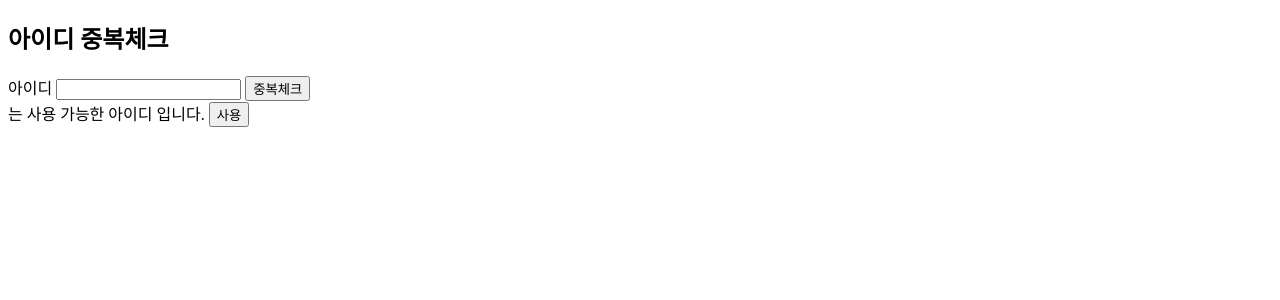
Repository: totesbk/JSP-
Page: http://localhost/web09/idCheck.do
These files come from the project's save history. The page is drawn as it stood at one moment and after the next save; the edit follows.
The browser window is 1280 px wide. The pictures show the whole page.
The page is served by Tomcat 9. Queries for data that is not in the repository find no rows.

Above is the page before, as saved 2020-10-14 02:19:09.

After the next save:
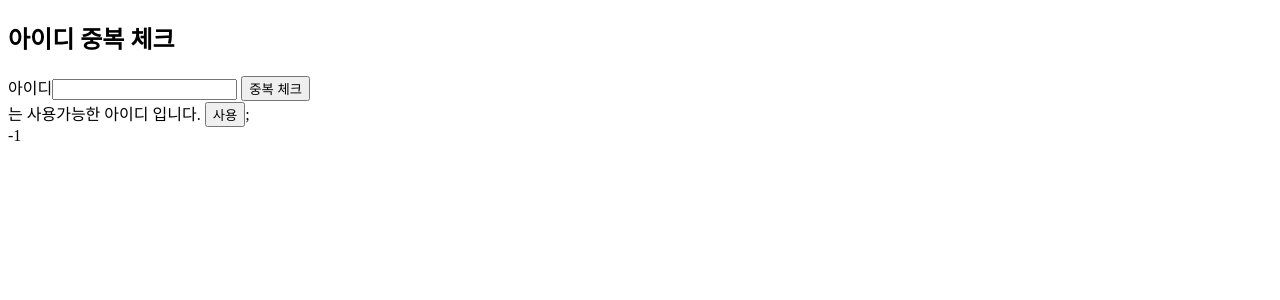
Saved 26 min 51 s later.
--- a/web09/WebContent/member/idcheck.jsp
+++ b/web09/WebContent/member/idcheck.jsp
@@ -5,24 +5,25 @@
 <html>
 <head>
 <meta charset="UTF-8">
-<title>아이디 중복체크</title>
-<script type="text/javascript" src="script/member.js"></script>
+<title>아이디 중복 체크</title>
 </head>
 <body>
-<h2>아이디 중복체크</h2>
-<form action="idCheck.do" method="get" name="frm">
-   아이디 <input type="text" name="userid" value="${userid }">
-   <input type ="submit" value="중복체크"><br>
-   <c:if test="${result==1}"><!-- 중복된 아이디가 있다. -->
-      <script type="text/javascript">
-         opener.document.frm.userid.value=""; //해당 내용 비우기
-      </script>
-      ${userid}는 이미 사용중인 아이디 입니다..
-   </c:if>
-   <c:if test="${result==-1}"><!-- 중복된 아이디가 없다. -->
-      ${userid}는 사용 가능한 아이디 입니다.
-      <input type="button" value="사용" class="cancel" onclick="idok('${userid}')">
-   </c:if>
+<h2>아이디 중복 체크</h2>
+<script type="text/javascript" src="script/member.js"></script>
+<form action="idCheck.do" method="GET" name="frm">
+	아이디<input type="text" name="userid" value="${userid}">
+	<input type="submit" value="중복 체크"><br>
+	<c:if test="${result==1}"><!-- 중복된 아이디가 있다. -->
+		<script type="text/javascript">
+			opener.document.frm.userid.value="";
+		</script>
+		${userid}는 중복된 아이디입니다.
+	</c:if>
+	<c:if test="${result==-1}"><!-- 중복된 아이디가 없다. -->
+		${userid}는 사용가능한 아이디 입니다.
+		<input type="button" value="사용" class="cancel" onclick="idok(${userid})">;
+	</c:if>
 </form>
+${result}<br>
 </body>
 </html>
